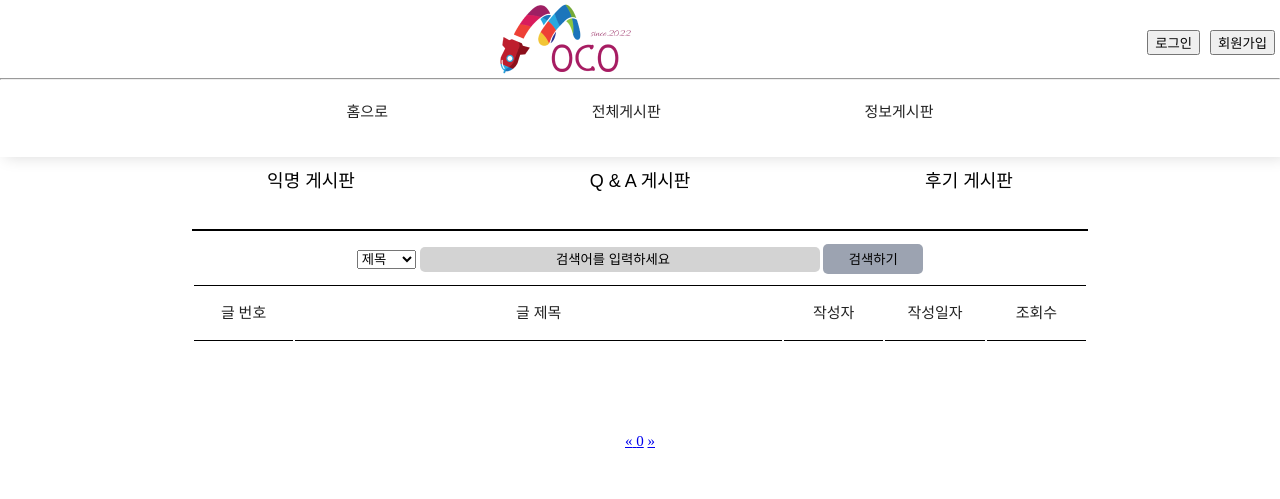
Repository: Pmyjava/mocosemi
Page: http://localhost/moco_SemiProject/WEB-INF/views/board/boardListQNA.jsp
An editor plug-in stored every save of this project. The page is shown before and after the next save, followed by the edit.
The browser window is 1280 px wide. The pictures show the whole page.
The page is served by Tomcat 9. Nobody is signed in. The template is opened directly, without the code that normally fills it, so the values that code supplies are empty.

Above is the page before, as saved 2022-11-23 02:48:10.
Console error: SyntaxError: Unexpected token ';'

After the next save:
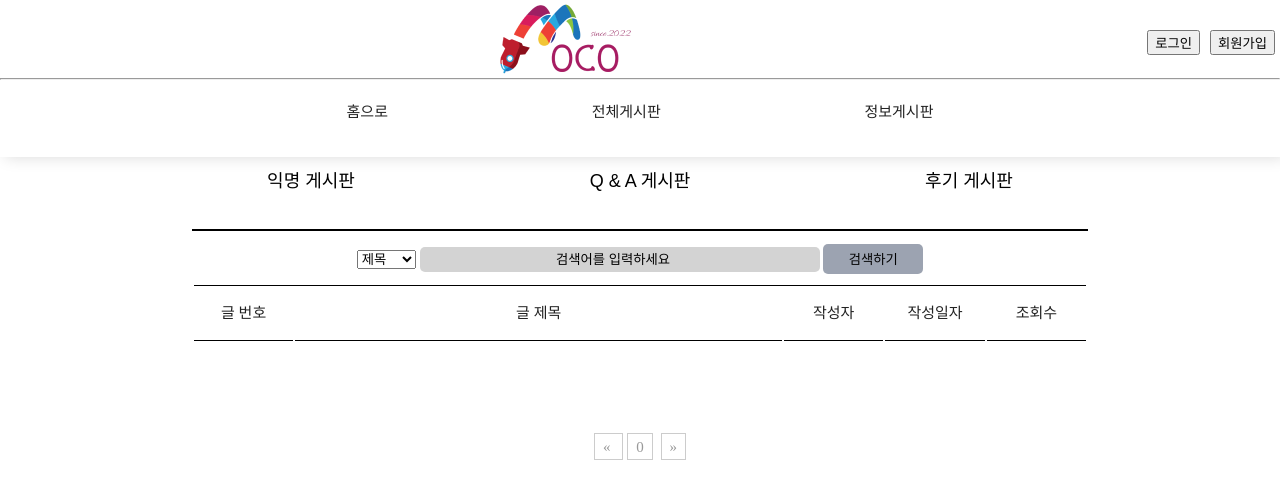
Saved 37 min 29 s later.
--- a/Semi_project2/moco_SemiProject/src/main/webapp/WEB-INF/views/board/boardListQNA.jsp
+++ b/Semi_project2/moco_SemiProject/src/main/webapp/WEB-INF/views/board/boardListQNA.jsp
@@ -100,7 +100,13 @@
 		  border-bottom: 10px solid transparent;
 		  border-right:10px solid blue; }
 
-
+        		.page{padding-top:25px; text-align:center;}
+    	.page {padding:3px; MARGIN:3px; TEXT-ALIGN: center}
+    	.page A {padding:5px 8px 4px 8px; MARGIN: 2px; BORDER: #ccc 1px solid; COLOR: #999; TEXT-DECORATION: none}
+    	.page A:hover {BORDER:#999 1px solid; COLOR: #666;}
+    	.page A:active {BORDER:#999 1px solid; COLOR: #666;}
+    	.page .current {BORDER: #117bff 1px solid; padding:5px 8px 4px 8px; FONT-WEIGHT: bold; MARGIN: 2px; COLOR: #036cb4;}
+    	.page .disabled {BORDER: #eee 1px solid; padding:5px 8px 4px 8px; MARGIN: 2px; COLOR: #ddd;}
     </style>
 </head>
 <body>
